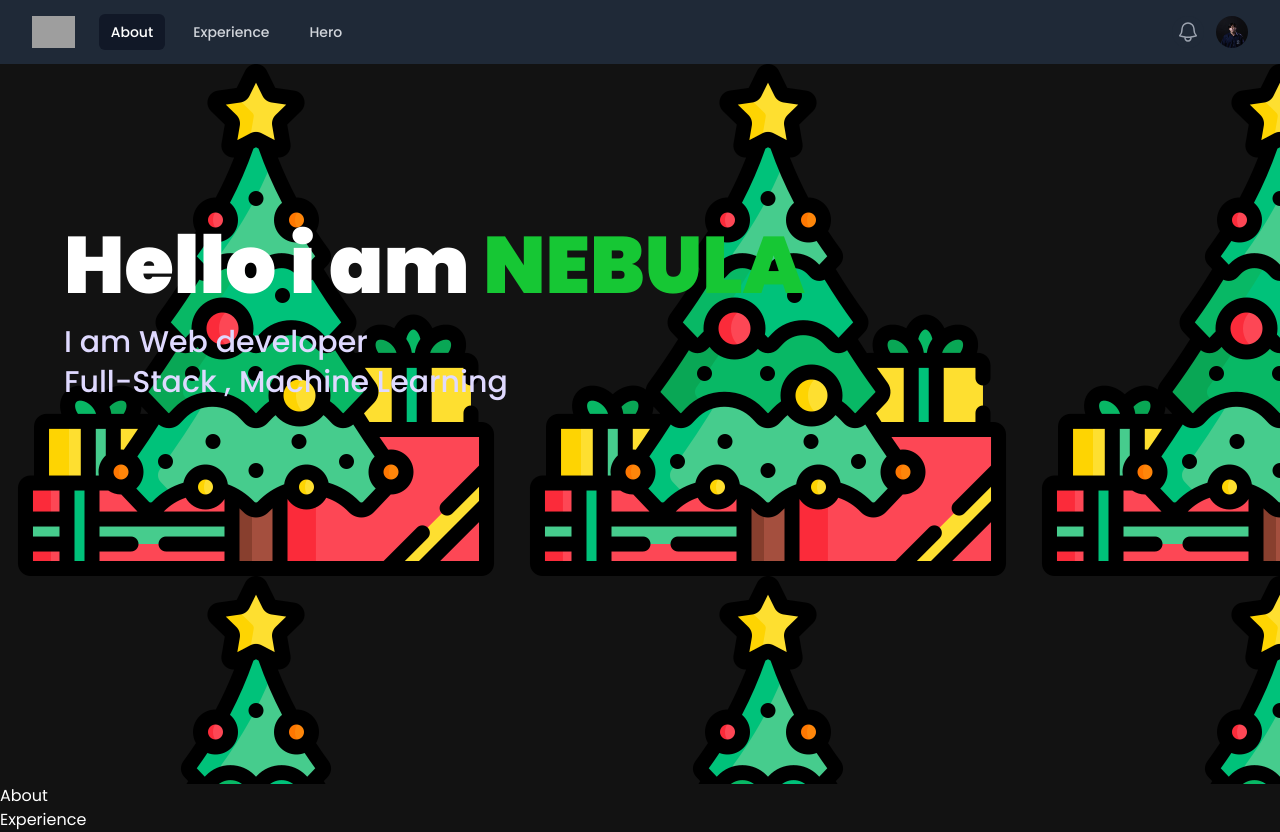
Repository: supakorn5039-boon/React-f
Page: /
An editor plug-in stored every save of this project. The page is shown before and after the next save, followed by the edit.
The browser window is 1280 px wide. The pictures show the whole page.
Pictures or frames that could not be fetched are drawn as grey boxes. The project was rebuilt for these pictures with package versions that can differ from the ones it lists, and the page was loaded fresh each time. Also part of the build but not shown: vite.config.js.

Above is the page before, as saved 2024-01-09 15:11:38.

After the next save:
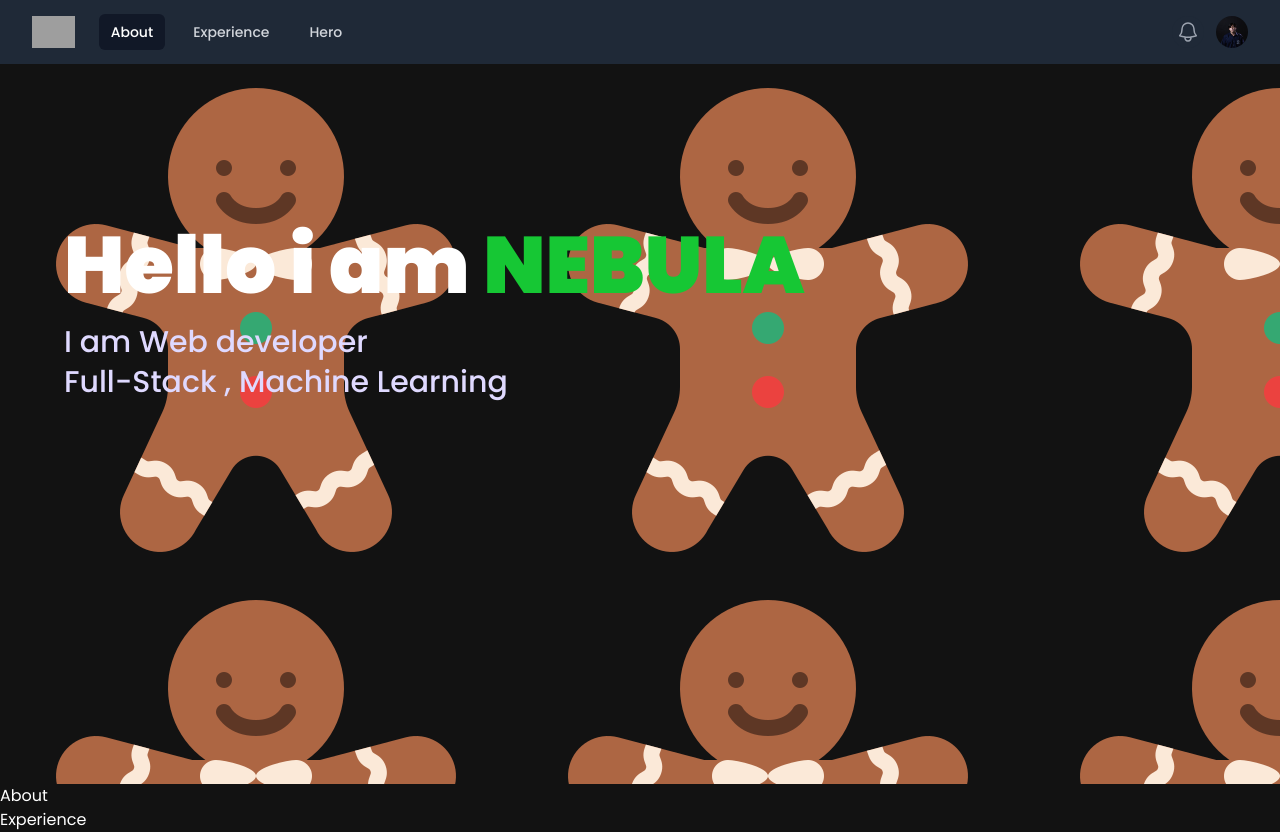
Saved 13 s later.
--- a/src/index.css
+++ b/src/index.css
@@ -13,7 +13,7 @@
   color-scheme: dark;
 }
 .bg-boon {
-  background-image: url("./assets/christmas-tree.png");
+  background-image: url("./assets/gingerbread-man.png");
 }
 .section {
   position: absolute;
